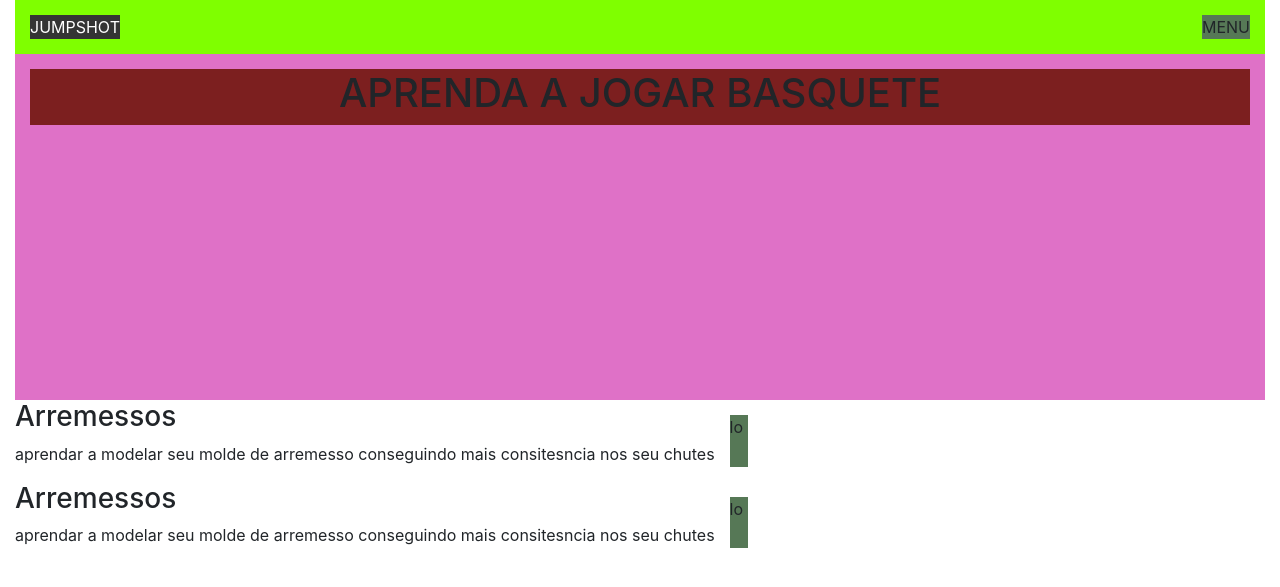
Repository: luisbisp/Jumpshot
Page: index.htm
These files come from the project's save history. The page is drawn as it stood at one moment and after the next save; the edit follows.
The browser window is 1280 px wide. The pictures show the whole page.

Above is the page before, as saved 2021-07-07 12:27:53.

### index.htm
<!DOCTYPE html>
<html lang="en">

<head>
    <meta charset="UTF-8">
    <meta http-equiv="X-UA-Compatible" content="IE=edge">
    <meta name="viewport" content="width=device-width, initial-scale=1.0">
    <link rel="stylesheet" href="https://maxcdn.bootstrapcdn.com/bootstrap/4.0.0/css/bootstrap.min.css" integrity="sha384-Gn5384xqQ1aoWXA+058RXPxPg6fy4IWvTNh0E263XmFcJlSAwiGgFAW/dAiS6JXm" crossorigin="anonymous">
    <link rel="stylesheet" href="./styles/styles.css">
    <title>jumpshot</title>
</head>

<body>
    <div class="container-fluid">  <!-- div com todo conteudo da pagina -->


        <header> <!-- div com conteudo do cabeçalho -->
            <div class="div-header">
                <div class="logo">JUMPSHOT</div>
                <div class="menu">
                    MENU
                </div>
            </div>
            <div class="div-title">
                <h1> APRENDA A JOGAR BASQUETE</h1>
            </div>
        </header>

         <!-- divs com o conteudo da pagina -->
        <div class="content">
            <div class="words">
                <h3>Arremessos</h3>
                <p>aprendar a modelar seu molde de arremesso conseguindo mais consitesncia nos seu chutes</p>
            </div>
            <div class="div-image">
                lo
                <img src="" alt="">
            </div>
        </div>

        <div class="content">
            <div class="words">
                <h3>Arremessos</h3>
                <p>aprendar a modelar seu molde de arremesso conseguindo mais consitesncia nos seu chutes</p>
            </div>
            <div class="div-image">
                lo
                <img src="" alt="">
            </div>
        </div>

    </div>
</body>

</html>

### styles/styles.css
*{
    margin: 0;
    padding: 0;
}
.custom-container{
    margin: 0;
}
 header {
     background-color: rgb(223, 113, 199);
     height: 400px;
 }
 .div-header{
       background-color: chartreuse;
       display: flex;
       justify-content: space-between;
}

.logo{
    color: #fff;
    background-color: #343434;
    margin: 15px;
}

.menu{
    background-color: #567856;
    margin: 15px;
}

.div-title{
    background-color: rgb(124, 31, 31);
    display: flex;
    justify-content: center;
    margin: 15px;
}

.content{
    display: flex;

}

.div-image{
    background-color: #567856;
    margin: 15px;
}

After the next save:
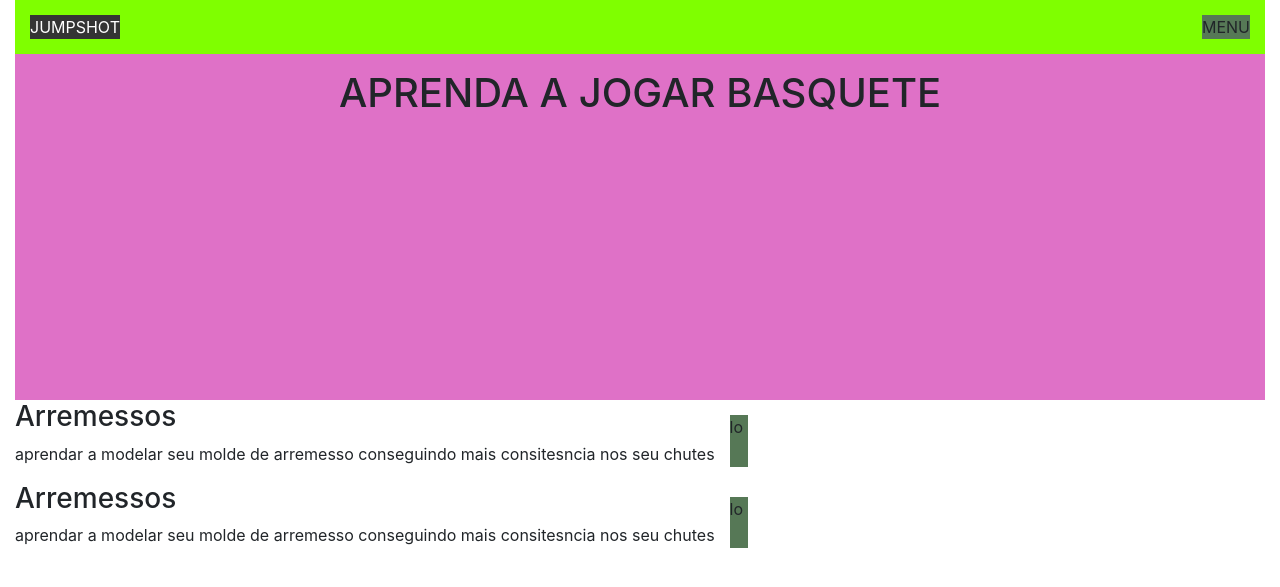
Saved 10 min 44 s later.
--- a/styles/styles.css
+++ b/styles/styles.css
@@ -27,7 +27,6 @@
 }
 
 .div-title{
-    background-color: rgb(124, 31, 31);
     display: flex;
     justify-content: center;
     margin: 15px;
